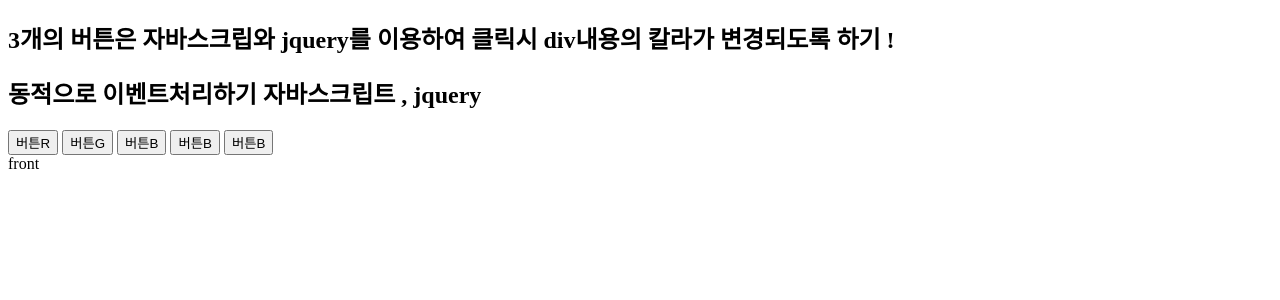
Repository: LeeJungHoon1/javaWeb
Page: ajaxPrj_09_6/src/main/webapp/실습과제_이정훈.html
The author's editor kept a copy of each file at every save. The page is drawn from the files as they stood at one save, then again after the next save.
The browser window is 1280 px wide. The pictures show the whole page.

Above is the page before, as saved 2023-09-06 02:44:00.

After the next save:
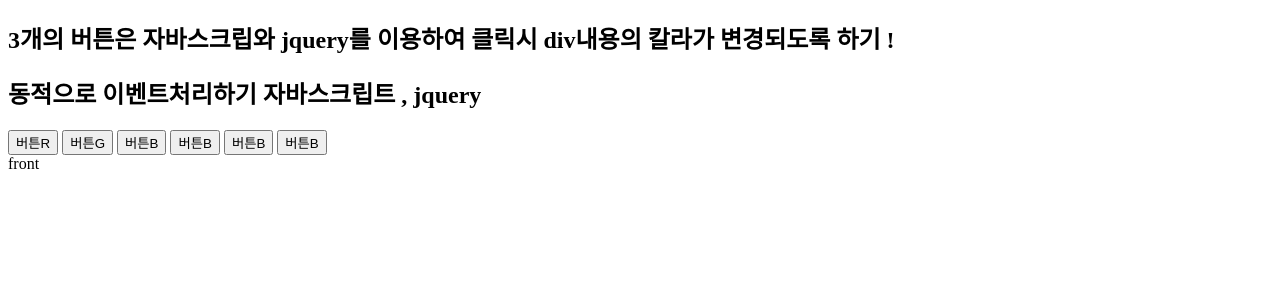
Saved 13 s later.
--- a/ajaxPrj_09_6/src/main/webapp/실습과제_이정훈.html
+++ b/ajaxPrj_09_6/src/main/webapp/실습과제_이정훈.html
@@ -39,7 +39,8 @@
 <button id="btn1" onclick="change1()">버튼R</button>
 <button id="btn2" onclick="change2()">버튼G</button>
 <button id="btn3" onclick="change3()">버튼B</button>
-<button id="btn3" onclick="change3()">버튼B</button>
+<button id="btn3" onclick="big()">버튼B</button>
+<button id="btn3" onclick="nomal()">버튼B</button>
 <button id="btn3" onclick="change3()">버튼B</button>
 
 <div id="wrap">  front </div>
